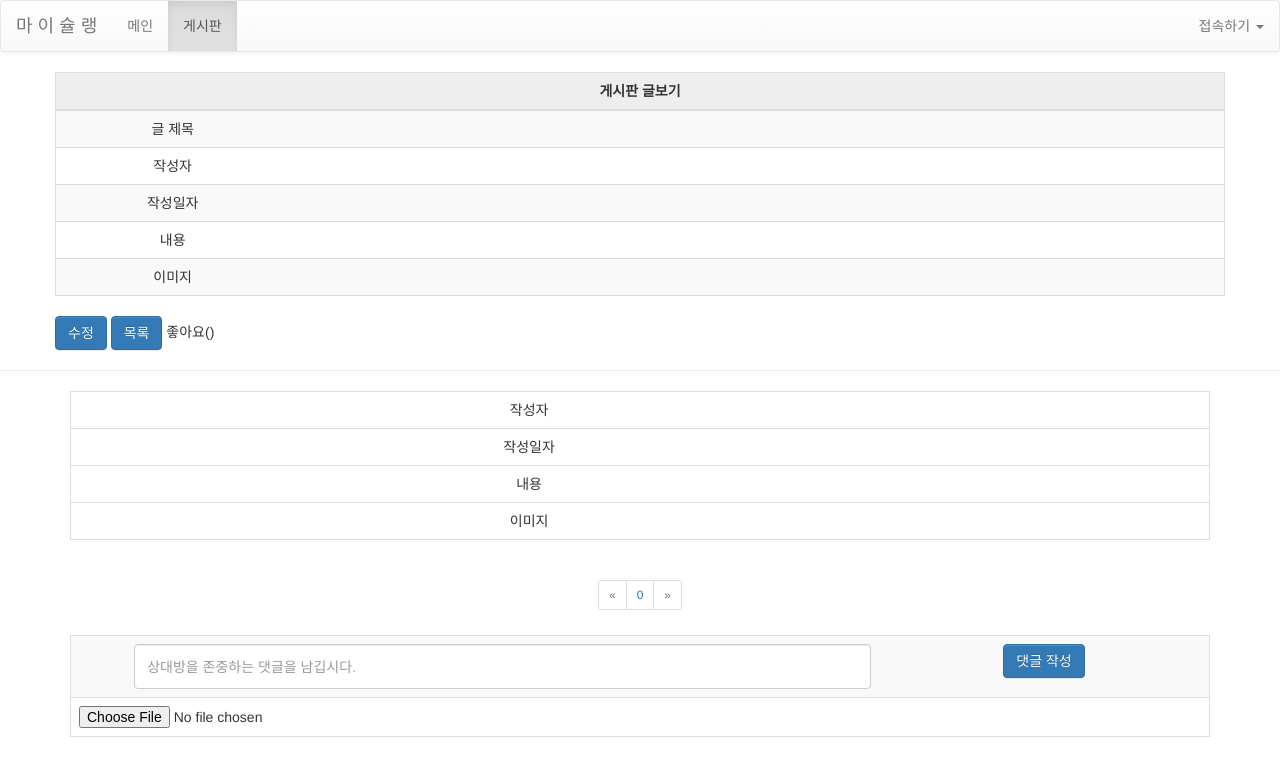
Repository: serendipity63/mychelin
Page: http://localhost/board/WEB-INF/views/detailform.jsp
The author's editor kept a copy of each file at every save. The page is drawn from the files as they stood at one save, then again after a run of saves.
The browser window is 1280 px wide. The pictures show the whole page.
Some web libraries are served in a nearby version. The page is served by Tomcat 9. Nobody is signed in. The template is opened directly, without the code that normally fills it, so the values that code supplies are empty.

Above is the page before, as saved 2024-01-12 02:39:37.
Console error (its wording comes from the project's code and is left out).

After the next 2 saves:
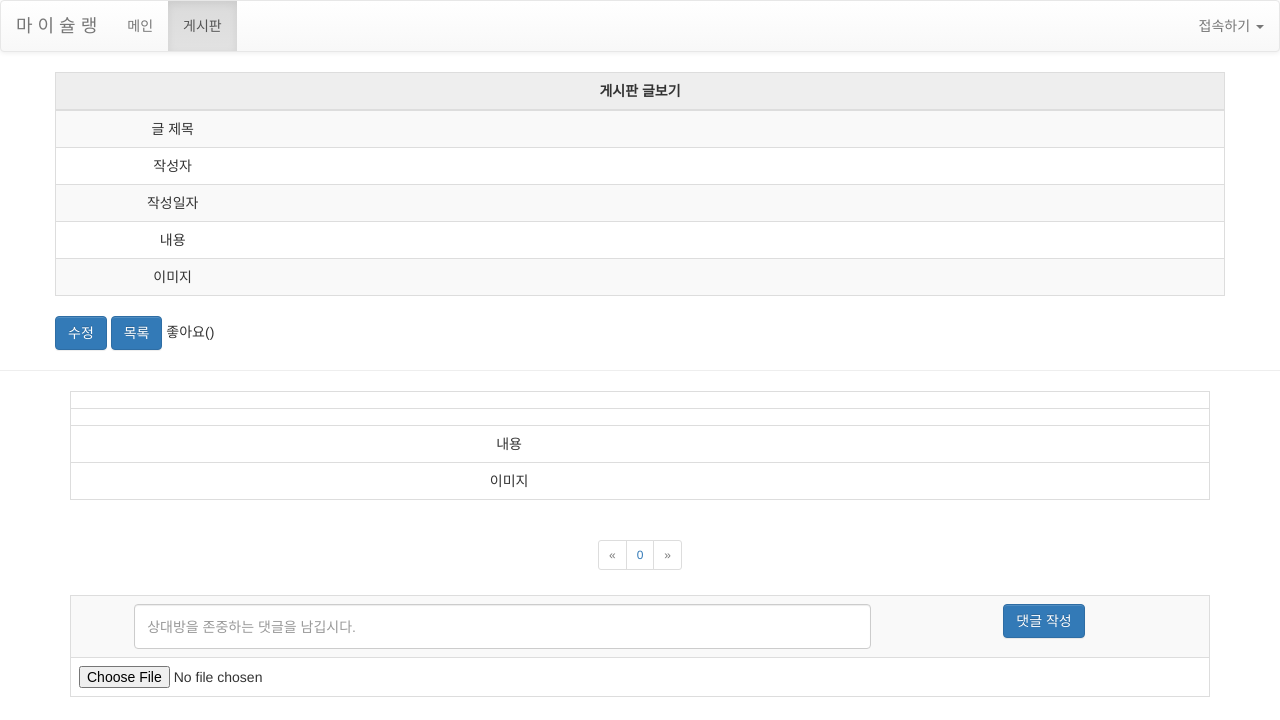
The 2 saves are shown as one change because they came seconds apart.
The last was saved 69 s later.
--- a/board/src/main/webapp/WEB-INF/views/detailform.jsp
+++ b/board/src/main/webapp/WEB-INF/views/detailform.jsp
@@ -199,12 +199,10 @@
 			<thead>
 					<tr>
 
-						<td>작성자</td>
 						<td colspan="2" style="text-align: left;">${board.writer }</td>
 					</tr>
 					<tr>
 
-						<td>작성일자</td>
 						<td colspan="2" style="text-align: left;">${board.writedate }</td>
 					</tr>
 					<tr>
